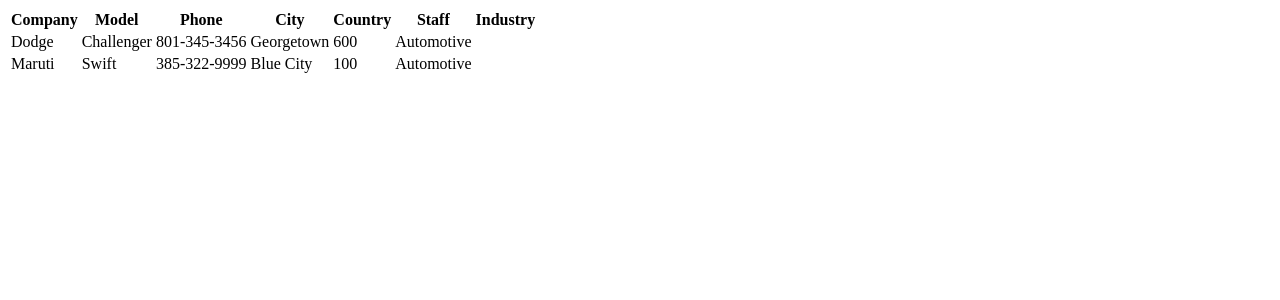
Repository: vgoins-RA2022/HTML-2
Page: index.html
The author's editor kept a copy of each file at every save. The page is drawn from the files as they stood at one save, then again after a run of saves.
The browser window is 1280 px wide. The pictures show the whole page.

Above is the page before, as saved 2023-01-10 18:47:45.

### index.html
<!DOCTYPE html>
<html lang="en">

<head>
  <meta charset="UTF-8">
  <meta name="viewport" content="width=device-width, initial-scale=1">
  <link rel="stylesheet" href="..\\HTML-2\\src\\css\\Style.css" type="text/css">
  <title>HTML Table Assignment 2</title>
</head>

 <header>
    </header>

<body>
  <table>
    <thead>
      <tr>
        <th>Company</th>
        <th>Model</th>
        <th>Phone</th>
        <th>City</th>
        <th>Country</th>
        <th>Staff</th>
        <th>Industry</th>
      </tr>
    </thead>
    <tbody>
      <tr>
        <td>Dodge</td>
        <td>Challenger</td>
        <td>801-345-3456</td>
        <td>Georgetown</td>
        <td>600</td>
        <td>Automotive</td>
      </tr>
      <tr>
        <td>Maruti</td>
        <td>Swift</td>
        <td>385-322-9999</td>
        <td>Blue City</td>

        <td>100</td>
        <td>Automotive</td>
      </tr>
    </tbody>
  </table>

</body>



</html>

Loaded but not shown: src/css/Style.css (no stored copy; drawn as an empty file)

After the next 3 saves:
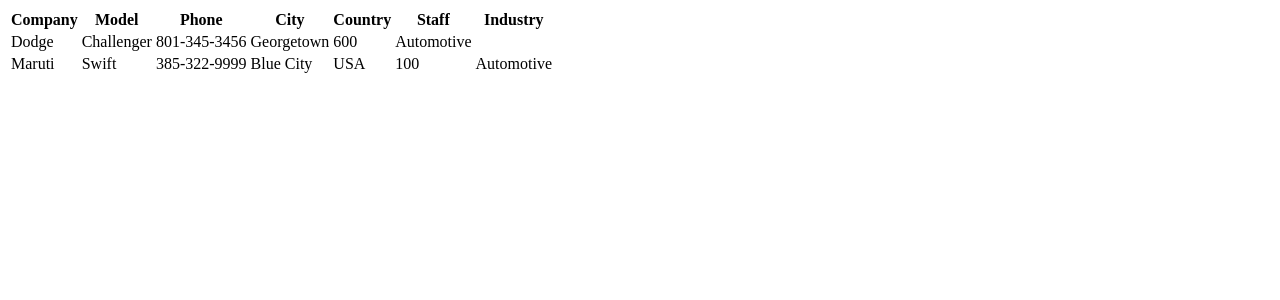
The 3 saves are shown as one change because they came seconds apart.
The last was saved 8 s later.
--- a/index.html
+++ b/index.html
@@ -38,7 +38,7 @@
         <td>Swift</td>
         <td>385-322-9999</td>
         <td>Blue City</td>
-
+        <td>USA</td>
         <td>100</td>
         <td>Automotive</td>
       </tr>
